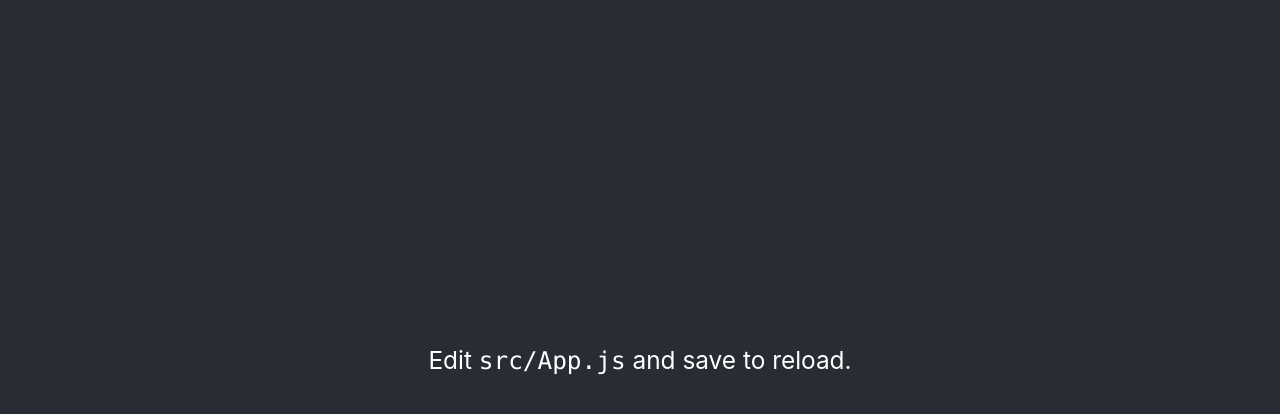
Repository: bafode/github-finder
Page: /
These files come from the project's save history. The page is drawn as it stood at one moment and after the next save; the edit follows.
The browser window is 1280 px wide. The pictures show the whole page.
The project was rebuilt for these pictures with package versions that can differ from the ones it lists, and the page was loaded fresh each time.

Above is the page before, as saved 2023-06-16 15:45:41.

After the next save:
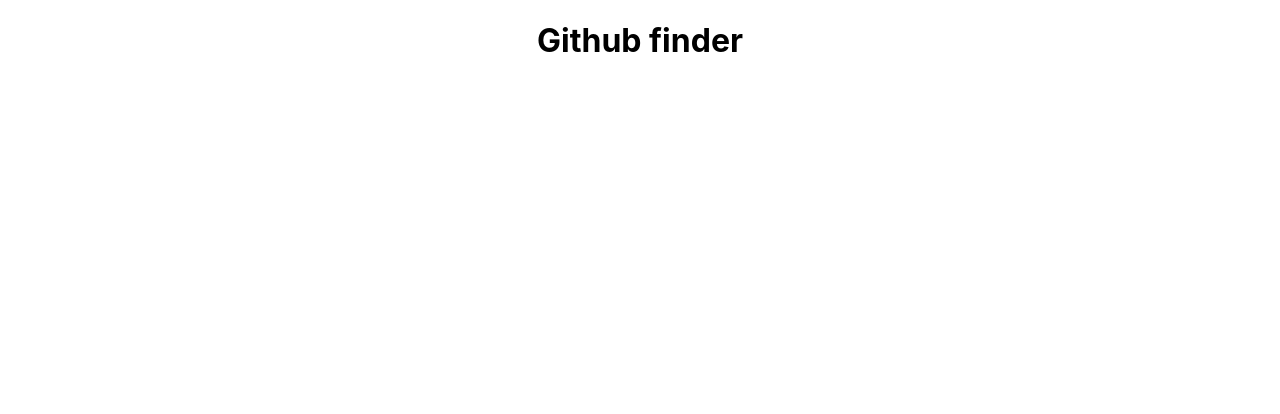
Saved 44 s later.
--- a/src/App.js
+++ b/src/App.js
@@ -4,12 +4,7 @@
 const App=()=> {
   return (
     <div className="App">
-      <header className="App-header">
-        <p>
-          Edit <code>src/App.js</code> and save to reload.
-        </p>
-
-      </header>
+      <h1>Github finder</h1>
     </div>
   );
 }
